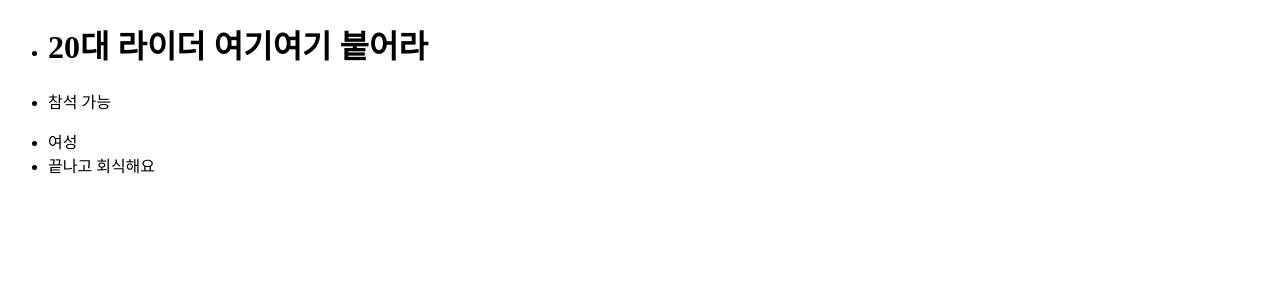
Repository: onpul/TEAM1
Page: http://localhost/Riding/mj/RidingDetail.jsp
The author's editor kept a copy of each file at every save. The page is drawn from the files as they stood at one save, then again after the next save.
The browser window is 1280 px wide. The pictures show the whole page.
The page is served by Tomcat 9. Other server files are loaded and not shown.

Above is the page before, as saved 2022-06-04 10:52:45.

### Riding/WebContent/mj/RidingDetail.jsp
<%@ page contentType="text/html; charset=UTF-8"%>
<%
	request.setCharacterEncoding("UTF-8");
	String cp = request.getContextPath();
%>
<!DOCTYPE html>
<html>
<head>
<meta charset="UTF-8">
<title>Insert title here</title>
</head>
<body>
<div>
	<ul>
		<li><h1>20대 라이더 여기여기 붙어라</h1></li>
		<li>참석 가능</li>
	</ul>
	<ul>
		<li>여성</li>
		<li>끝나고 회식해요</li>
	</ul>
</div>
</body>
</html>

After the next save:
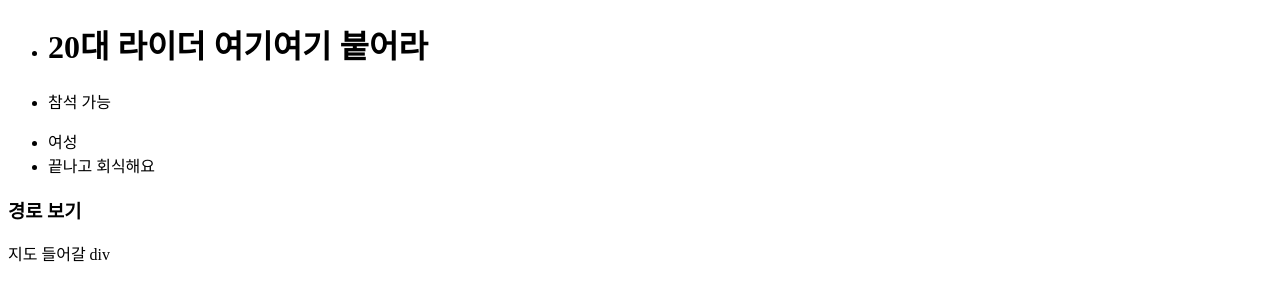
Saved 96 s later.
--- a/Riding/WebContent/mj/RidingDetail.jsp
+++ b/Riding/WebContent/mj/RidingDetail.jsp
@@ -19,6 +19,11 @@
 		<li>여성</li>
 		<li>끝나고 회식해요</li>
 	</ul>
+
+	<div>
+		<h3>경로 보기</h3>
+		<div>지도 들어갈 div</div>
+	</div>
 </div>
 </body>
 </html>
